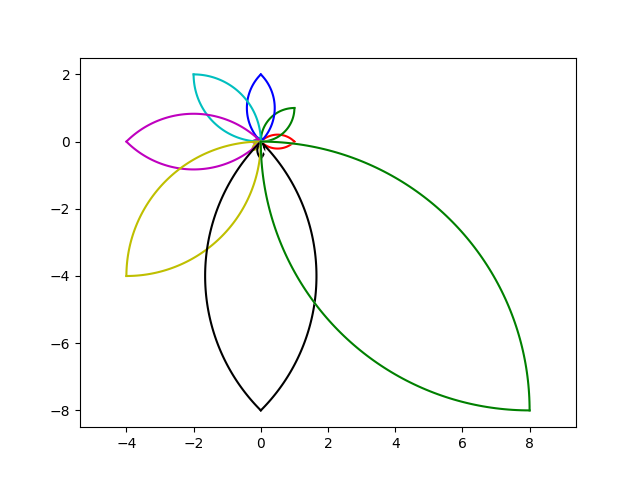
Repository: lbylzkx/Circle-Point-Manuscript
Script's output: python water-lily.py
These files come from the project's save history. The script's output is drawn as it stood at one moment and after the next save; the edit follows.
Random numbers start from a fixed seed.

Above is the script's output before, as saved 2023-10-01 15:52:54.

After the next save:
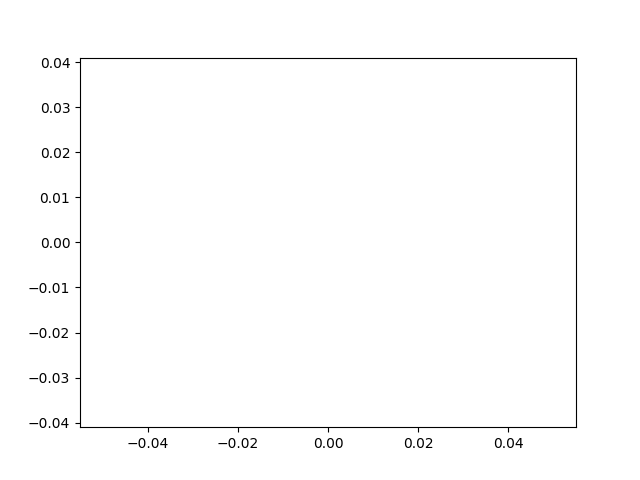
Saved 9 s later.
--- a/water-lily.py
+++ b/water-lily.py
@@ -62,10 +62,10 @@ def onepetal(n, color):
 # 颜色：红橙黄绿蓝靛紫
 color = ['r', 'g', 'b', 'c', 'm', 'y', 'k', 'w']
 # petals
-for i in range(-8, 8):
-    onepetal(i, color[i])
+# for i in range(-8, 8):
+#     onepetal(i, color[i])
 
 # for n in range(-10, 9):
-onepetal(7, 'g')
+# onepetal(7, 'g')
 plt.axis('equal')
 plt.show()
